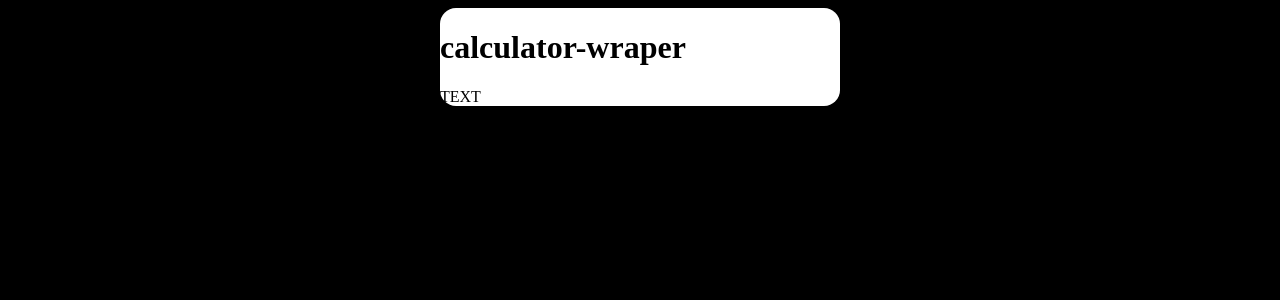
Repository: rajratangm/xcalculator
Page: /
These files come from the project's save history. The page is drawn as it stood at one moment and after the next save; the edit follows.
The browser window is 1280 px wide. The pictures show the whole page.
The project was rebuilt for these pictures with package versions that can differ from the ones it lists, and the page was loaded fresh each time. Also part of the build but not shown: vite.config.js, src/Component/Button/Button.css, src/Component/Keyboard.jsx.

Above is the page before, as saved 2024-04-02 18:52:06.

After the next save:
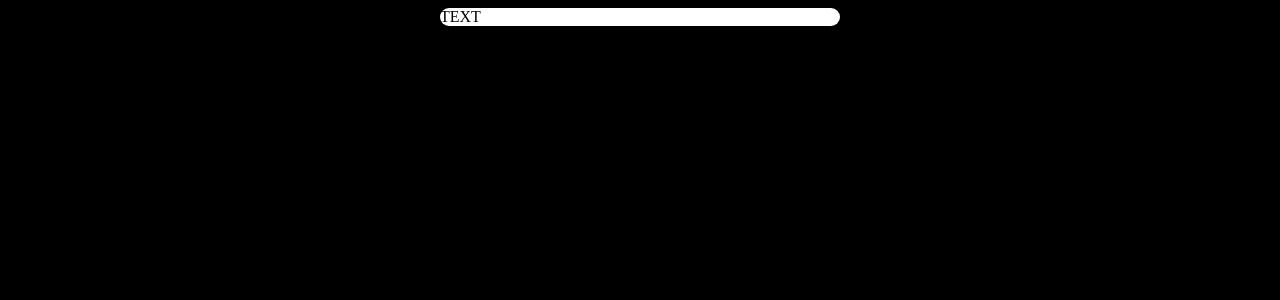
Saved 7 s later.
--- a/src/App.jsx
+++ b/src/App.jsx
@@ -11,7 +11,7 @@ function App() {
     <div className='App'>
 
     <div className='calculator-wrapper'>
-    <h1>calculator-wraper</h1>
+
     <Button/>
     </div>
 
